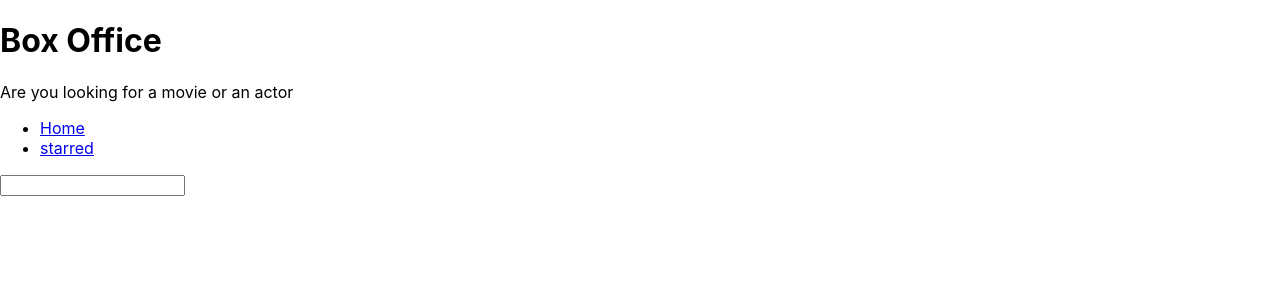
Repository: bharath2990/box-office
Page: /
These files come from the project's save history. The page is drawn as it stood at one moment and after the next save; the edit follows.
The browser window is 1280 px wide. The pictures show the whole page.
The project was rebuilt for these pictures with package versions that can differ from the ones it lists, and the page was loaded fresh each time. A package was used in the major version that the imports need, not the one package.json lists. Imported but missing from the stored project, and not drawn on this page: src/pages/Starred.

Above is the page before, as saved 2022-11-22 11:20:30.

### src/index.js
import React from 'react';
import ReactDOM from 'react-dom/client';
import { BrowserRouter } from 'react-router-dom';
import './index.css';
import App from './App';
import * as serviceWorkerRegistration from './serviceWorkerRegistration';
import reportWebVitals from './reportWebVitals';

const root = ReactDOM.createRoot(document.getElementById('root'));
root.render(
  <BrowserRouter>
    <App />
  </BrowserRouter>
);

// If you want your app to work offline and load faster, you can change
// unregister() to register() below. Note this comes with some pitfalls.
// Learn more about service workers: https://cra.link/PWA
serviceWorkerRegistration.unregister();

// If you want to start measuring performance in your app, pass a function
// to log results (for example: reportWebVitals(console.log))
// or send to an analytics endpoint. Learn more: https://bit.ly/CRA-vitals
reportWebVitals();

### src/App.js
import React from 'react';
import { Route, Switch } from 'react-router-dom';
// import Nav from './components/Nav';
import Home from './pages/Home';
import Starred from './pages/Starred';

function App() {
  return (
    <Switch>
      <Route exact path="/">
        <Home />
      </Route>

      <Route exact path="/starred">
        <Starred />
      </Route>

      <Route>
        <div>Not found</div>
      </Route>
    </Switch>
  );
}

export default App;

### src/serviceWorkerRegistration.js
/* eslint-disable */
// This optional code is used to register a service worker.
// register() is not called by default.

// This lets the app load faster on subsequent visits in production, and gives
// it offline capabilities. However, it also means that developers (and users)
// will only see deployed updates on subsequent visits to a page, after all the
// existing tabs open on the page have been closed, since previously cached
// resources are updated in the background.

// To learn more about the benefits of this model and instructions on how to
// opt-in, read https://cra.link/PWA

const isLocalhost = Boolean(
  window.location.hostname === 'localhost' ||
    // [::1] is the IPv6 localhost address.
    window.location.hostname === '[::1]' ||
    // 127.0.0.0/8 are considered localhost for IPv4.
    window.location.hostname.match(
      /^127(?:\.(?:25[0-5]|2[0-4][0-9]|[01]?[0-9][0-9]?)){3}$/
    )
);

export function register(config) {
  if (process.env.NODE_ENV === 'production' && 'serviceWorker' in navigator) {
    // The URL constructor is available in all browsers that support SW.
    const publicUrl = new URL(process.env.PUBLIC_URL, window.location.href);
    if (publicUrl.origin !== window.location.origin) {
      // Our service worker won't work if PUBLIC_URL is on a different origin
      // from what our page is served on. This might happen if a CDN is used to
      // serve assets; see https://github.com/facebook/create-react-app/issues/2374
      return;
    }

    window.addEventListener('load', () => {
      const swUrl = `${process.env.PUBLIC_URL}/service-worker.js`;

      if (isLocalhost) {
        // This is running on localhost. Let's check if a service worker still exists or not.
        checkValidServiceWorker(swUrl, config);

        // Add some additional logging to localhost, pointing developers to the
        // service worker/PWA documentation.
        navigator.serviceWorker.ready.then(() => {
          console.log(
            'This web app is being served cache-first by a service ' +
              'worker. To learn more, visit https://cra.link/PWA'
          );
        });
      } else {
        // Is not localhost. Just register service worker
        registerValidSW(swUrl, config);
      }
    });
  }
}

function registerValidSW(swUrl, config) {
  navigator.serviceWorker
    .register(swUrl)
    .then(registration => {
      registration.onupdatefound = () => {
        const installingWorker = registration.installing;
        if (installingWorker == null) {
          return;
        }
        installingWorker.onstatechange = () => {
          if (installingWorker.state === 'installed') {
            if (navigator.serviceWorker.controller) {
              // At this point, the updated precached content has been fetched,
              // but the previous service worker will still serve the older
              // content until all client tabs are closed.
              console.log(
                'New content is available and will be used when all ' +
                  'tabs for this page are closed. See https://cra.link/PWA.'
              );

              // Execute callback
              if (config && config.onUpdate) {
                config.onUpdate(registration);
              }
            } else {
              // At this point, everything has been precached.
              // It's the perfect time to display a
              // "Content is cached for offline use." message.
              console.log('Content is cached for offline use.');

              // Execute callback
              if (config && config.onSuccess) {
                config.onSuccess(registration);
              }
            }
          }
        };
      };
    })
    .catch(error => {
      console.error('Error during service worker registration:', error);
    });
}

function checkValidServiceWorker(swUrl, config) {
  // Check if the service worker can be found. If it can't reload the page.
  fetch(swUrl, {
    headers: { 'Service-Worker': 'script' },
  })
    .then(response => {
      // Ensure service worker exists, and that we really are getting a JS file.
      const contentType = response.headers.get('content-type');
      if (
        response.status === 404 ||
        (contentType != null && contentType.indexOf('javascript') === -1)
      ) {
        // No service worker found. Probably a different app. Reload the page.
        navigator.serviceWorker.ready.then(registration => {
          registration.unregister().then(() => {
            window.location.reload();
          });
        });
      } else {
        // Service worker found. Proceed as normal.
        registerValidSW(swUrl, config);
      }
    })
    .catch(() => {
      console.log(
        'No internet connection found. App is running in offline mode.'
      );
    });
}

export function unregister() {
  if ('serviceWorker' in navigator) {
    navigator.serviceWorker.ready
      .then(registration => {
        registration.unregister();
      })
      .catch(error => {
        console.error(error.message);
      });
  }
}

### src/pages/Home.jsx
import React, { useState } from 'react';
import MainPageLayout from '../components/MainPageLayout';

const Home = () => {
  const [input, setInput] = useState('');
  const onInputChange = ev => {
    setInput(ev.target.value);
  };

  return (
    <MainPageLayout>
      <input type="text" onChange={onInputChange} value={input} />
    </MainPageLayout>
  );
};

export default Home;

### src/components/MainPageLayout.jsx
import React from 'react';
import Nav from './Nav';
import Title from './Title';

const MainPageLayout = ({ children }) => {
  return (
    <div>
      <Title
        title="Box Office"
        subtitle="Are you looking for a movie or an actor"
      />
      <Nav />
      {children}
    </div>
  );
};

export default MainPageLayout;

### src/components/Nav.jsx
import React from 'react';
import { Link } from 'react-router-dom';

const LINKS = [
  { to: '/', text: 'Home' },
  { to: '/starred', text: 'starred' },
];

const Nav = () => {
  return (
    <div>
      <ul>
        {LINKS.map(item => (
          <li>
            <Link to={item.to}>{item.text}</Link>
          </li>
        ))}
      </ul>
    </div>
  );
};

export default Nav;

Loaded but not shown: public/index.html (common file); src/index.css (common file); src/reportWebVitals.js (common file); src/components/Title.jsx (common file)

After the next save:
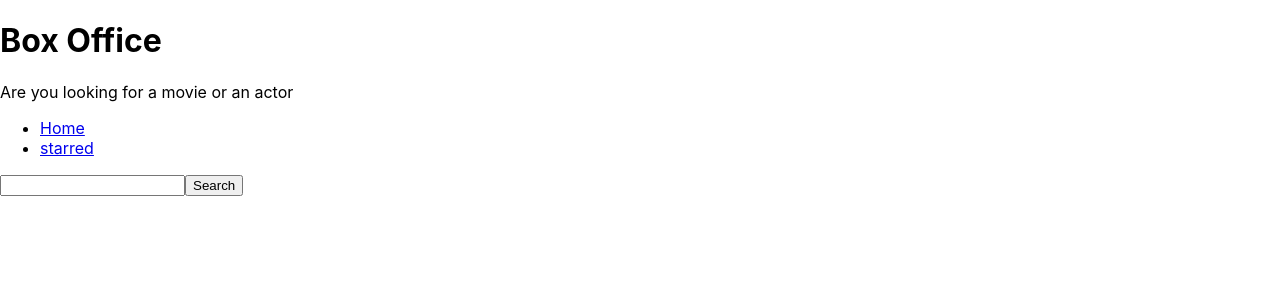
Saved 80 s later.
--- a/src/pages/Home.jsx
+++ b/src/pages/Home.jsx
@@ -10,6 +10,7 @@ const Home = () => {
   return (
     <MainPageLayout>
       <input type="text" onChange={onInputChange} value={input} />
+      <button>Search</button>
     </MainPageLayout>
   );
 };
